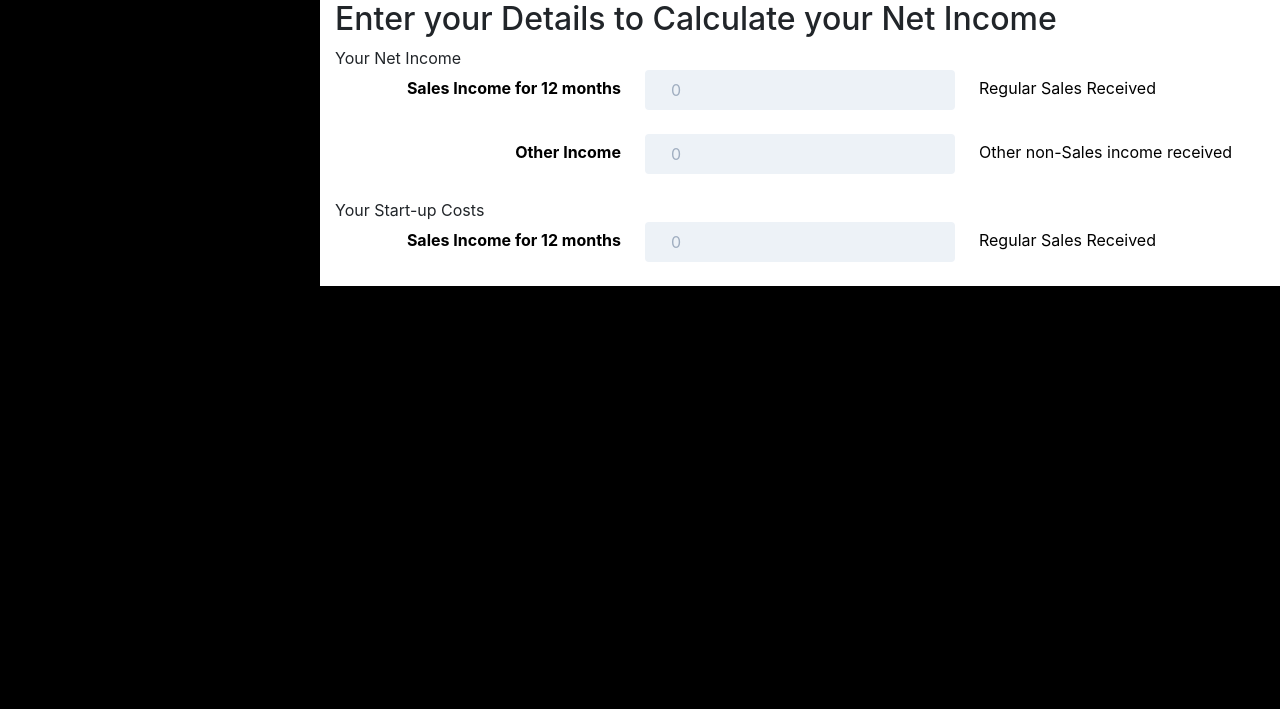
Repository: latenightsnacc/Financial-Forecast
Page: financial-forecast.html
An editor plug-in stored every save of this project. The page is shown before and after the next save, followed by the edit.
The browser window is 1280 px wide. The pictures show the whole page.

Above is the page before, as saved 2020-11-15 11:46:29.

After the next save:
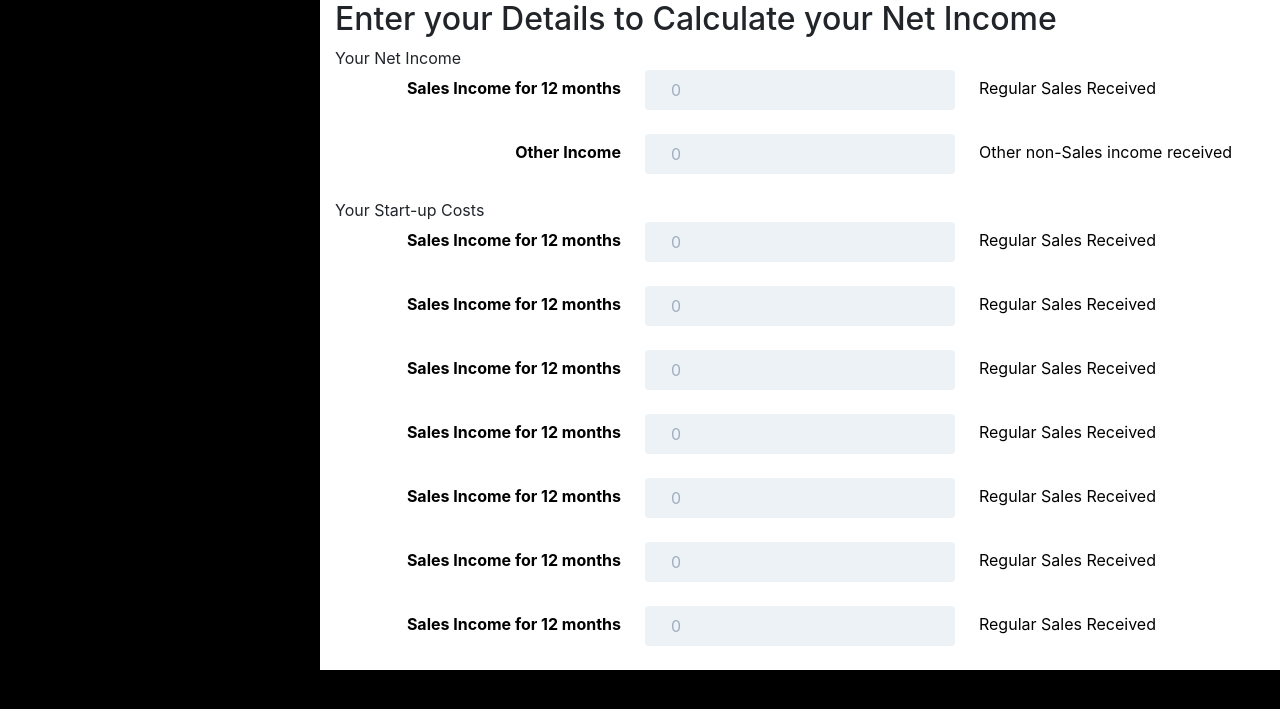
Saved 6 min 47 s later.
--- a/financial-forecast.html
+++ b/financial-forecast.html
@@ -59,23 +59,119 @@
                 </div>
             <!--STARTUP COSTS-->
                 <div class="title">Your Start-up Costs</div>
-                <!--Sales Income-->
-                    <div class="md:flex md:items-center mb-6">
-                        <div class="md:w-1/3">
+                <!--Website Development-->
+                <div class="md:flex md:items-center mb-6">
+                    <div class="md:w-1/3">
                         <label class="block text-black font-bold md:text-right mb-1 md:mb-0 pr-4" for="inline-full-name" placeholder="0">
                             Sales Income for 12 months
                         </label>
-                        </div>
-                        <div class="md:w-1/3">
+                    </div>
+                    <div class="md:w-1/3">
                         <input class="bg-gray-200 appearance-none border-2 border-gray-200 rounded w-full py-2 px-4 text-gray-700 leading-tight focus:outline-none focus:bg-white focus:border-grey-500" id="inline-full-name" type="text" placeholder="0">
-                        </div>
-                        <div class="md:w-1/3">
+                    </div>
+                    <div class="md:w-1/3">
                         <label class="block text-black font-500 md:text-right mb-1 md:mb-0 pl-4 float-left" for="inline-full-name" >
                             Regular Sales Received
                         </label>
-                        </div>
                     </div>
-              </form>
+                </div>
+                <!--Website Development-->
+                <div class="md:flex md:items-center mb-6">
+                    <div class="md:w-1/3">
+                        <label class="block text-black font-bold md:text-right mb-1 md:mb-0 pr-4" for="inline-full-name" placeholder="0">
+                            Sales Income for 12 months
+                        </label>
+                    </div>
+                    <div class="md:w-1/3">
+                        <input class="bg-gray-200 appearance-none border-2 border-gray-200 rounded w-full py-2 px-4 text-gray-700 leading-tight focus:outline-none focus:bg-white focus:border-grey-500" id="inline-full-name" type="text" placeholder="0">
+                    </div>
+                    <div class="md:w-1/3">
+                        <label class="block text-black font-500 md:text-right mb-1 md:mb-0 pl-4 float-left" for="inline-full-name" >
+                            Regular Sales Received
+                        </label>
+                    </div>
+                </div>
+                <!--Website Development-->
+                <div class="md:flex md:items-center mb-6">
+                    <div class="md:w-1/3">
+                        <label class="block text-black font-bold md:text-right mb-1 md:mb-0 pr-4" for="inline-full-name" placeholder="0">
+                            Sales Income for 12 months
+                        </label>
+                    </div>
+                    <div class="md:w-1/3">
+                        <input class="bg-gray-200 appearance-none border-2 border-gray-200 rounded w-full py-2 px-4 text-gray-700 leading-tight focus:outline-none focus:bg-white focus:border-grey-500" id="inline-full-name" type="text" placeholder="0">
+                    </div>
+                    <div class="md:w-1/3">
+                        <label class="block text-black font-500 md:text-right mb-1 md:mb-0 pl-4 float-left" for="inline-full-name" >
+                            Regular Sales Received
+                        </label>
+                    </div>
+                </div>
+                <!--Website Development-->
+                <div class="md:flex md:items-center mb-6">
+                    <div class="md:w-1/3">
+                        <label class="block text-black font-bold md:text-right mb-1 md:mb-0 pr-4" for="inline-full-name" placeholder="0">
+                            Sales Income for 12 months
+                        </label>
+                    </div>
+                    <div class="md:w-1/3">
+                        <input class="bg-gray-200 appearance-none border-2 border-gray-200 rounded w-full py-2 px-4 text-gray-700 leading-tight focus:outline-none focus:bg-white focus:border-grey-500" id="inline-full-name" type="text" placeholder="0">
+                    </div>
+                    <div class="md:w-1/3">
+                        <label class="block text-black font-500 md:text-right mb-1 md:mb-0 pl-4 float-left" for="inline-full-name" >
+                            Regular Sales Received
+                        </label>
+                    </div>
+                </div>
+                <!--Website Development-->
+                <div class="md:flex md:items-center mb-6">
+                    <div class="md:w-1/3">
+                        <label class="block text-black font-bold md:text-right mb-1 md:mb-0 pr-4" for="inline-full-name" placeholder="0">
+                            Sales Income for 12 months
+                        </label>
+                    </div>
+                    <div class="md:w-1/3">
+                        <input class="bg-gray-200 appearance-none border-2 border-gray-200 rounded w-full py-2 px-4 text-gray-700 leading-tight focus:outline-none focus:bg-white focus:border-grey-500" id="inline-full-name" type="text" placeholder="0">
+                    </div>
+                    <div class="md:w-1/3">
+                        <label class="block text-black font-500 md:text-right mb-1 md:mb-0 pl-4 float-left" for="inline-full-name" >
+                            Regular Sales Received
+                        </label>
+                    </div>
+                </div>
+                <!--Website Development-->
+                <div class="md:flex md:items-center mb-6">
+                    <div class="md:w-1/3">
+                        <label class="block text-black font-bold md:text-right mb-1 md:mb-0 pr-4" for="inline-full-name" placeholder="0">
+                            Sales Income for 12 months
+                        </label>
+                    </div>
+                    <div class="md:w-1/3">
+                        <input class="bg-gray-200 appearance-none border-2 border-gray-200 rounded w-full py-2 px-4 text-gray-700 leading-tight focus:outline-none focus:bg-white focus:border-grey-500" id="inline-full-name" type="text" placeholder="0">
+                    </div>
+                    <div class="md:w-1/3">
+                        <label class="block text-black font-500 md:text-right mb-1 md:mb-0 pl-4 float-left" for="inline-full-name" >
+                            Regular Sales Received
+                        </label>
+                    </div>
+                </div>
+                <!--Website Development-->
+                <div class="md:flex md:items-center mb-6">
+                    <div class="md:w-1/3">
+                        <label class="block text-black font-bold md:text-right mb-1 md:mb-0 pr-4" for="inline-full-name" placeholder="0">
+                            Sales Income for 12 months
+                        </label>
+                    </div>
+                    <div class="md:w-1/3">
+                        <input class="bg-gray-200 appearance-none border-2 border-gray-200 rounded w-full py-2 px-4 text-gray-700 leading-tight focus:outline-none focus:bg-white focus:border-grey-500" id="inline-full-name" type="text" placeholder="0">
+                    </div>
+                    <div class="md:w-1/3">
+                        <label class="block text-black font-500 md:text-right mb-1 md:mb-0 pl-4 float-left" for="inline-full-name" >
+                            Regular Sales Received
+                        </label>
+                    </div>
+                </div>
+            </form>
         </div>
     </div>
     <!--Bootstrap Scripts-->
